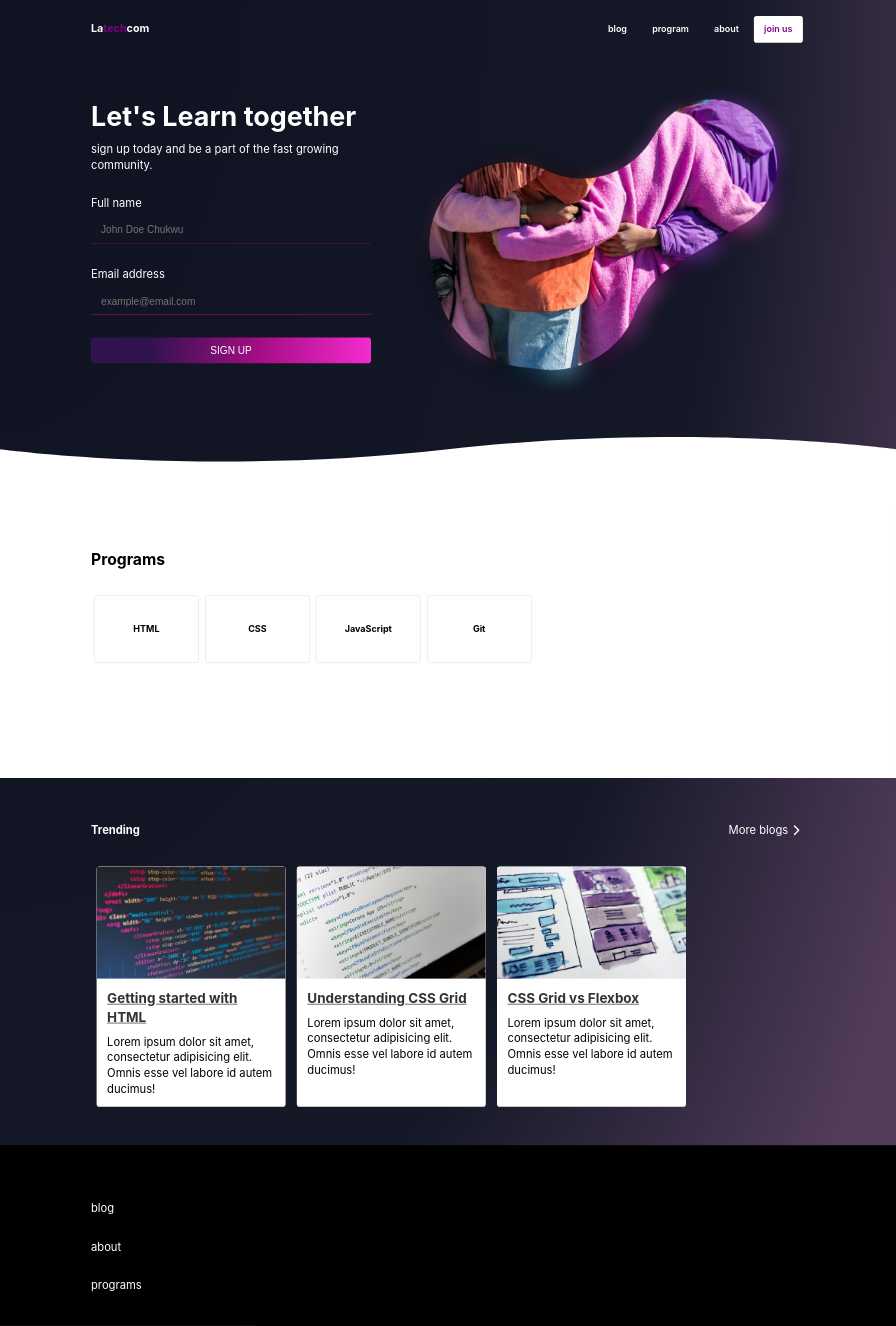
Repository: giprim/community
Page: /
The author's editor kept a copy of each file at every save. The page is drawn from the files as they stood at one save, then again after the next save.
The browser window is 1280 px wide. The pictures show the whole page, at 70% of full size.
The project was rebuilt for these pictures with package versions that can differ from the ones it lists, and the page was loaded fresh each time. Also part of the build but not shown: src/App.css.

Above is the page before, as saved 2020-10-25 23:18:14.

### src/index.css
* {
  padding: 0;
  margin: 0;
  box-sizing: border-box;
  line-height: 140%;
}

html {
  scroll-behavior: smooth;
}

body {
  font-family: -apple-system, BlinkMacSystemFont, "Segoe UI", "Roboto", "Oxygen",
    "Ubuntu", "Cantarell", "Fira Sans", "Droid Sans", "Helvetica Neue",
    sans-serif;
  -webkit-font-smoothing: antialiased;
  -moz-osx-font-smoothing: grayscale;

  background: radial-gradient(
      115.04% 150.55% at 0% -2.74%,
      #0e1221 0%,
      #141827 70.94%,
      #1d0126c4 100%
    )
    no-repeat;

  height: 100%;
}

code {
  font-family: source-code-pro, Menlo, Monaco, Consolas, "Courier New",
    monospace;
}

### src/App.tsx
import styled from '@emotion/styled';
import React from 'react';
import './App.css';
import Banner from './components/Banner';
import BlogCard from './components/BlogCard';
import Navbar from './components/Navbar';
import Programs from './components/Programs';
import whiteBg from './images/whitebg.svg';

import startHtml from './images/starthtml.png';
import cssgrid from './images/cssgrid.png';
import flexbox from './images/flexbox.png';
import { Link } from 'react-router-dom';
import { ChevronRight } from 'react-feather';
import Footer from './components/Footer';

let text = `Lorem ipsum dolor sit amet, consectetur adipisicing elit. Omnis esse vel labore id autem ducimus!`;

let data = [
  {
    title: 'Getting started with HTML',
    image: startHtml,
    text: text,
  },
  {
    title: 'Understanding CSS Grid',
    image: cssgrid,
    text: text,
  },
  {
    title: 'CSS Grid vs Flexbox',
    image: flexbox,
    text: text,
  },
];

function App() {
  return (
    <StyledFluidContainer>
      <StyledContainer>
        <Navbar />
        <Banner />
      </StyledContainer>
      <div className='whitebg'>
        <StyledContainer id='program'>
          <Programs />
        </StyledContainer>
      </div>

      <StyledContainer>
        <StyledTrending>
          <h4>Trending</h4>

          <Link to='/blog'>
            <span>More blogs</span> <ChevronRight />
          </Link>
        </StyledTrending>
        <StyledBlogGrid>
          {data.map(({ title, image, text }) => (
            <BlogCard key={title} image={image} clue={text} title={title} />
          ))}
        </StyledBlogGrid>
      </StyledContainer>
      <Footer />
    </StyledFluidContainer>
  );
}

export default App;

export const StyledContainer = styled('div')<{ onPadding?: boolean }>`
  margin: 0 auto;
  max-width: 380px;
  padding: ${({ onPadding }) => (onPadding ? '0px' : '15px')};
  @media (min-width: 700px) {
    max-width: 520px;
  }
  @media (min-width: 1000px) {
    max-width: 1050px;
  }
`;

const StyledFluidContainer = styled('div')`
  width: 100%;

  .whitebg {
    background: url(${whiteBg}) no-repeat;
    background-size: cover;
    padding: 9em 0;
  }
`;

const StyledBlogGrid = styled('div')`
  padding: 2em 0em;
  overflow-x: auto;
  display: flex;
  flex-direction: row;
`;

const StyledTrending = styled('div')`
  padding-top: 3em;
  display: flex;
  justify-content: space-between;
  align-items: center;
  * {
    color: #fff;
  }

  a {
    display: flex;
    align-items: center;
    text-decoration: none;
    :hover {
      text-decoration: underline;
    }
  }
`;

### src/components/Banner.tsx
import React, { useEffect, useState } from "react";
import styled from "@emotion/styled";
import desktopImg from "../images/desktopBanner.png";
import mobileImg from "../images/bannerMobile.png";
import { StyledContainer } from "../App";
const Banner: React.FC = () => {
  const [mobile, setmobile] = useState(false);
  useEffect(() => {
    windowWidth();
  }, []);
  let windowWidth = () => {
    let win = window.innerWidth;
    if (win < 768) setmobile(true);
    else setmobile(false);
  };
  window.addEventListener("resize", windowWidth);

  return (
    <StyledBanner>
      <div className='caption'>
        <h2>Let's Learn together</h2>
        <p>sign up today and be a part of the fast growing community.</p>

        <form>
          <div className='inputbox'>
            <label htmlFor='fullname'>Full name</label>
            <input
              required
              id='fullname'
              type='text'
              placeholder='John Doe Chukwu'
            />
          </div>
          <div className='inputbox'>
            <label htmlFor='email'>Email address</label>
            <input
              required
              id='email'
              type='email'
              placeholder='example@email.com'
            />
          </div>
          <div className='inputbox'>
            <input type='submit' value='SIGN UP' />
          </div>
        </form>
      </div>

      <div>
        {mobile ? (
          <img src={mobileImg} alt='imagemobile' />
        ) : (
          <img src={desktopImg} alt='imagedesktop' />
        )}
      </div>
    </StyledBanner>
  );
};

export default Banner;

const StyledBanner = styled("div")`
  display: flex;
  justify-content: space-between;
  align-items: center;
  color: white;
  flex-wrap: wrap-reverse;
  padding-top: 2em;
  padding-bottom: 2em;

  h2 {
    font-size: 2em;
    margin-bottom: 0.2em;
  }
  p {
    max-width: 400px;
  }

  img {
    width: 100%;
    position: relative;
    left: 0;
    right: 0;
    /* margin-left: -15px; */
  }

  .caption {
    max-width: 400px;
  }

  .inputbox {
    margin: 2rem auto;

    label,
    input {
      display: block;
      width: 100%;
    }

    input {
      padding: 0.6em 1em;
      background: none;
      border: none;
      border-bottom: 1px #a30d83 solid;
      color: #fff;
      margin-top: 0.6em;
      margin-bottom: 0.3em;
      font-size: 0.9rem;
      transition: 0.073s ease-in;
      border-radius: 4px 4px 0 0;
      :hover,
      :focus {
        background: #ffffff13;
        border: none;
        border-radius: 4px;
      }
    }
  }
  input[type="submit"] {
    background: linear-gradient(
      93.1deg,
      #30134e 21%,
      #a30d83 59.35%,
      #f12acc 98.27%
    );
    border-radius: 4px;
    transition: 0.273s ease-in;
    border: none;
    :hover {
      background: #30134e;
    }
  }

  @media (min-width: 768px) {
    h2 {
      font-size: 2.4em;
    }
    .caption {
      padding: 0;
    }

    img {
      width: 100%;
    }
  }
`;

### src/components/BlogCard.tsx
import React from "react";
import styled from "@emotion/styled";

interface IBlogCard {
  image: any;
  title: string;
  clue: string;
}

const BlogCard: React.FC<IBlogCard> = ({ image, title, clue }) => {
  return (
    <StyledCard>
      <img src={image} alt={title} />
      <div>
        <h4>{title}</h4>
        <p>{clue}</p>
      </div>
    </StyledCard>
  );
};

export default BlogCard;

const StyledCard = styled("div")`
  width: 100%;
  display: inline-block;
  overflow: hidden;
  background: white;
  border-radius: 4px;
  padding-bottom: 15px;
  margin: 0.5em;
  flex-basis: 270px;
  flex-shrink: 0;
  img {
    width: 100%;
    height: 160px;
    object-fit: cover;
    object-position: center;
  }
  div {
    padding: 0 15px;
    h4 {
      font-size: 1.2rem;
      color: #323232;
      padding: 10px 0;
      text-decoration: underline;
    }
  }
`;

### src/components/Navbar.tsx
import React, { useState } from "react";
import styled from "@emotion/styled";
import { NavLink } from "react-router-dom";
import { HashLink } from "react-router-hash-link";
import { Menu } from "react-feather";

const Navbar = () => {
  const [visible, setVisible] = useState(false);
  return (
    <StyledNav>
      <NavLink to='/'>
        <Logo>
          La<span>tech</span>com
        </Logo>
      </NavLink>

      <MenuButton onClick={() => setVisible((prev) => !prev)}>
        <Menu />
      </MenuButton>
      <LinkSection show={visible}>
        <li>
          <NavLink to='/blog'>blog</NavLink>
        </li>
        <li>
          <HashLink to='/#program'>program</HashLink>
        </li>
        <li>
          <NavLink to='/about'>about</NavLink>
        </li>
        <li>
          <NavLink to='/signup'>join us</NavLink>
        </li>
      </LinkSection>
    </StyledNav>
  );
};

export default Navbar;

const StyledNav = styled("div")`
  font-size: 0.8rem;
  display: flex;
  flex-wrap: wrap;
  justify-content: space-between;
  margin-bottom: 1rem;
  vertical-align: middle;
  div {
    height: 100%;
  }
  a {
    text-decoration: none;
  }
`;

const Logo = styled("h3")`
  font-size: 1.2em;
  padding: 15px 0;
  color: white;
  span {
    color: purple;
  }
`;

const LinkSection = styled("ul")<any>`
  display: ${(props) => (props.show ? "block" : "none")};
  width: 100%;
  margin-top: 15px;
  transition: 0.23s linear;
  li {
    list-style: none;
    a {
      background: #840084;
      text-decoration: none;
      display: block;
      text-align: center;
      padding: 10px 5px;
      color: white;
      font-weight: 600;
      transition: 0.23s ease-out;
      :hover {
        background: #520052;
      }
    }
    :last-child {
      a {
        background: #ffffff;
        color: #840084;
        :hover {
          background: #ffffff99;
        }
      }
    }
  }
  @media (min-width: 834px) {
    display: inline-flex;
    width: auto;
    margin-top: 8px;
    li {
      a {
        background: #ffffff00;
        padding: 10px 15px;
        border-radius: 4px;
        margin: 0 3px;
        :hover {
          background: #840084;
        }
      }
    }
  }
`;

const MenuButton = styled("button")`
  display: none;
  border: none;
  border: 1px #ffffff55 solid;
  border-radius: 4px;
  background: #ffffff00;
  color: white;
  font-size: 1.1em;
  margin-top: 10px;
  padding: 5px 15px;
  line-height: 100%;
  transition: 0.23s ease-out;
  @media (max-width: 834px) {
    display: inline;
    :hover {
      background: #ffffffaa;
    }
  }
`;

### src/components/Programs.tsx
import React from "react";
import styled from "@emotion/styled";

const Programs: React.FC = () => {
  return (
    <StyledProgram>
      <h4>Programs</h4>

      <div className='flex'>
        <div>
          <h6>HTML</h6>
        </div>
        <div>
          <h6>CSS</h6>
        </div>
        <div>
          <h6>JavaScript</h6>
        </div>
        <div>
          <h6>Git</h6>
        </div>
      </div>
    </StyledProgram>
  );
};

export default Programs;

const StyledProgram = styled("div")`
  h4 {
    font-size: 1.4rem;
  }
  .flex {
    display: flex;
    flex-wrap: wrap;
    justify-content: safe;
    padding-top: 2em;
    div {
      font-size: 1.2rem;
      margin: 0.22em;
      width: 100%;
      max-width: 150px;
      display: flex;
      border: 1px #e5e5e5 solid;
      padding: 2em;
      border-radius: 4px;
      background: white;
      justify-content: center;
      align-items: center;
    }
  }
`;

### src/components/Footer.tsx
import styled from '@emotion/styled';
import React from 'react';
import { Link } from 'react-router-dom';
import { StyledContainer } from '../App';

const Footer = () => {
  return (
    <StyledFooter>
      <StyledContainer>
        <div className='flex'>
          <ul>
            <li>
              <Link to='/blog'>blog</Link>
            </li>
            <li>
              <Link to='/about'>about</Link>
            </li>
            <li>
              <Link to='/programs'>programs</Link>
            </li>
          </ul>
        </div>
      </StyledContainer>
    </StyledFooter>
  );
};

export default Footer;

const StyledFooter = styled('div')`
  background: black;
  padding: 2em 0;
  * {
    color: white;
  }

  ul {
    list-style: none;
    li {
      padding-top: 2em;
    }
  }

  a {
    text-decoration: none;
    :hover {
      text-decoration: underline;
    }
  }
`;

Loaded but not shown: public/index.html (common file); src/index.tsx (common file); src/reportWebVitals.ts (common file)

After the next save:
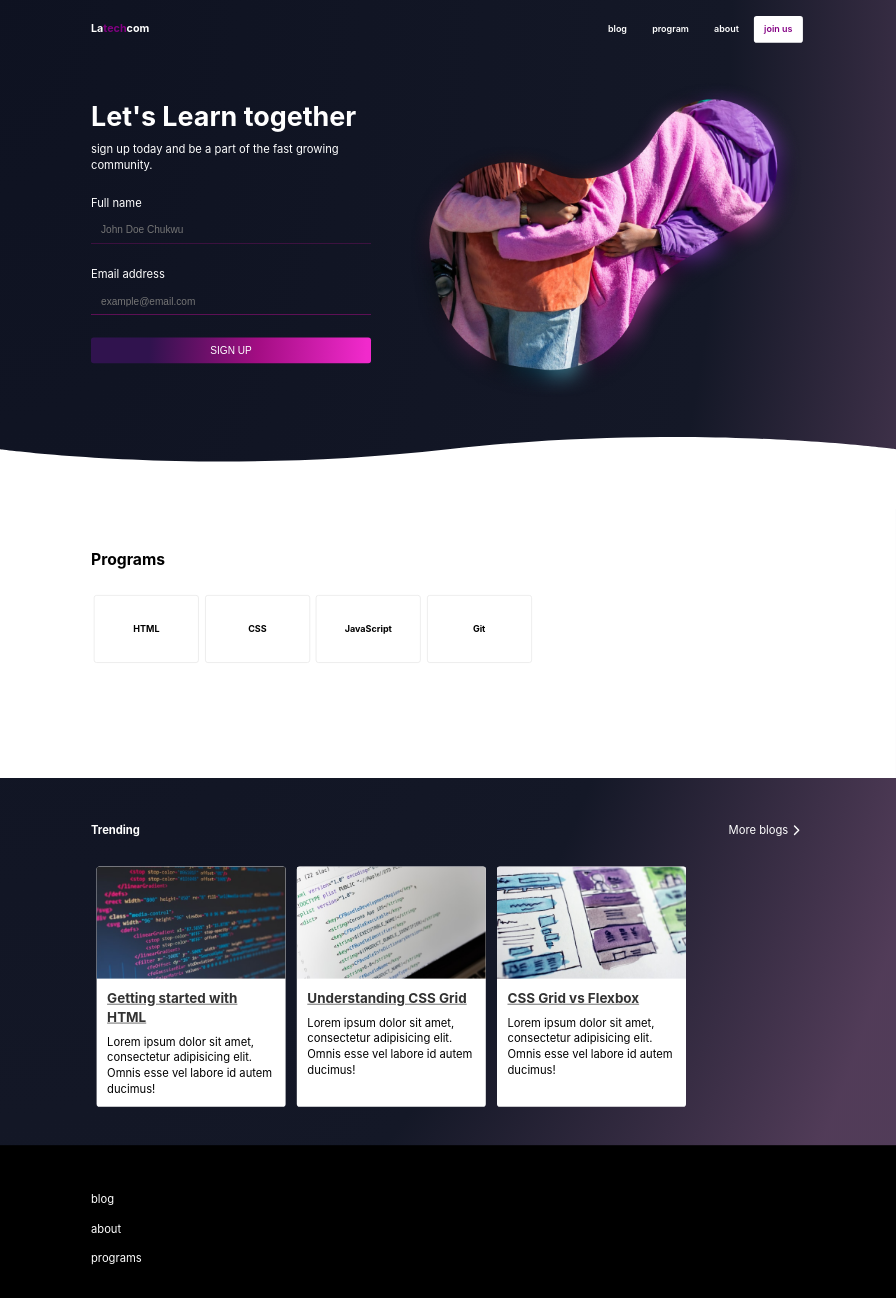
Saved 8 s later.
--- a/src/components/Footer.tsx
+++ b/src/components/Footer.tsx
@@ -37,7 +37,7 @@ const StyledFooter = styled('div')`
   ul {
     list-style: none;
     li {
-      padding-top: 2em;
+      padding-top: 1.2em;
     }
   }
 
